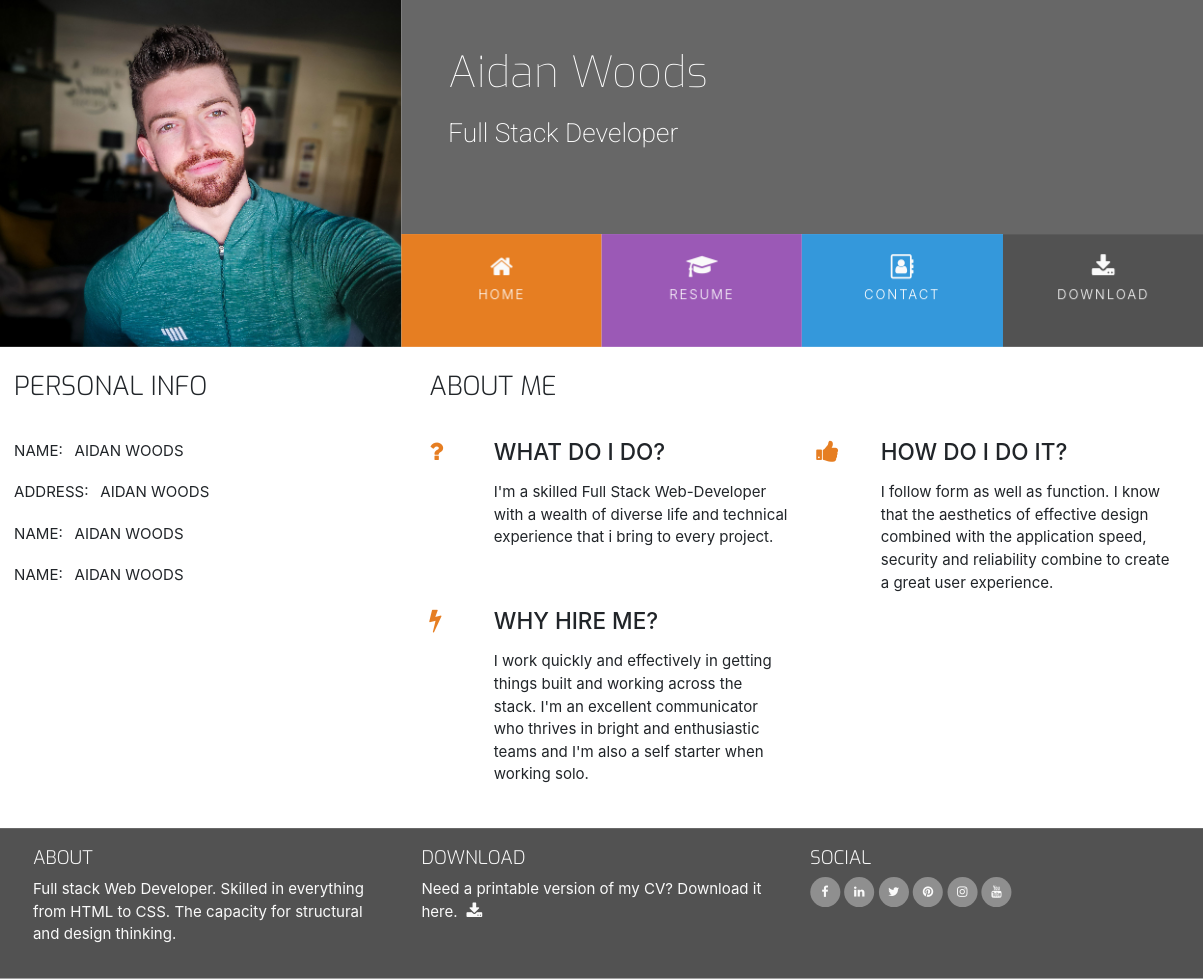
Repository: woodsyboi/Resume
Page: index.html
The author's editor kept a record of every edit. The page is drawn from the files as they stood at one moment, then again after the next edit.
The browser window is 1280 px wide. The pictures show the whole page, at 94% of full size.

Above is the page before.

### index.html
<!DOCTYPE html>
<html lang="en">

<head>
    <meta charset="UTF-8">
    <meta name="viewport" content="width=device-width, initial-scale=1.0">
    <meta http-equiv="X-UA-Compatible" content="ie=edge">
    <link rel="stylesheet" href="https://stackpath.bootstrapcdn.com/bootstrap/4.3.1/css/bootstrap.min.css" type="text/css" />
    <link rel="stylesheet" href="https://stackpath.bootstrapcdn.com/font-awesome/4.7.0/css/font-awesome.min.css" type="text/css" />
    <link rel="stylesheet" href="https://cdnjs.cloudflare.com/ajax/libs/hover.css/2.3.1/css/hover-min.css
" type="text/css" />
    <link rel="stylesheet" href="assets/css/style.css" type="text/css" />
    <title>Aidan</title>
</head>

<body>
    <header>
        <div class="row no-gutters">
            <a href="index.html" class="col-md-4 logo">

            </a>
            <div class="col-md-8">
                <div class="row no-gutters bg-color-name-title">
                    <div class="col heading">
                        <h1 class="name">Aidan Woods</h1>
                        <h2 class="title">Full Stack Developer</h2>
                    </div>

                </div>
                <div class="row no-gutters">
                    <div class="col">
                        <ul id="nav" class="list-inline menucontainer">
                            <li class="col-6 col-sm-3 ui-menu-color-home list-inline-item menuitem">
                                <a href="#" class="hvr-sweep-to-bottom"><i class="fa fa-home"></i><span>Home</span></a>
                            </li>
                            <li class="col-6 col-sm-3 ui-menu-color-resume list-inline-item menuitem">
                                <a href="#" class="hvr-sweep-to-bottom"><i class="fa fa-graduation-cap"></i><span>Resume</span></a>
                            </li>
                            <li class="col-6 col-sm-3 ui-menu-color-contact list-inline-item menuitem">
                                <a href="#" class="hvr-sweep-to-bottom"><i class="fa fa-address-book-o"></i><span>Contact</span></a>
                            </li>
                            <li class="col-6 col-sm-3 ui-menu-color-download list-inline-item menuitem">
                                <a href="#" class="hvr-sweep-to-bottom"><i class="fa fa-download"></i><span>Download</span></a>
                            </li>
                        </ul>
                    </div>
                </div>

            </div>
        </div>
    </header>

    <section class="container-fluid">

        <div class="row ">
            <div class="col-md-4 bg-color-personal-infor section-coloum">
                <div class="row">
                    <div class="col-12">
                        <h3 class="section-heading uppercase">
                            Personal Info
                        </h3>
                    </div>
                </div>
                <div class="personal-info-item">
                    <div class="key">
                        <p class="uppercase">
                            Name:
                        </p>
                    </div>
                    <div class="value">
                        <p class="uppercase">
                            Aidan Woods
                        </p>
                    </div>
                </div>
                <div class="personal-info-item">
                    <div class="key">
                        <p class="uppercase">
                            Address:
                        </p>
                    </div>
                    <div class="value">
                        <p class="uppercase">
                            Aidan Woods
                        </p>
                    </div>
                </div>
                <div class="personal-info-item">
                    <div class="key">
                        <p class="uppercase">
                            Name:
                        </p>
                    </div>
                    <div class="value">
                        <p class="uppercase">
                            Aidan Woods
                        </p>
                    </div>
                </div>
                <div class="personal-info-item">
                    <div class="key">
                        <p class="uppercase">
                            Name:
                        </p>
                    </div>
                    <div class="value">
                        <p class="uppercase">
                            Aidan Woods
                        </p>
                    </div>
                </div>
            </div>
            <div class="col-md-8 bg-color-three-reasons section-column">
                <div class="row">
                    <div class="col">
                        <h3 class="section-heading uppercase">About Me</h3>
                    </div>
                </div>
                <div class="row">
                    <div class="col-10 offset-1 offset-sm-0 col-sm-4 col-md-6">
                        <div class="row">
                            <div class="col-2">
                                <i class="three-reasons-icon fa fa-question" aria-hidden="true"></i>
                            </div>
                            <div class="col-10">
                                <h4 class="three-reasons-heading uppercase"> What do I do?</h4>
                                <p>
                                    I'm a skilled Full Stack Web-Developer with a wealth of diverse life and technical experience that i bring to every project.
                                </p>
                            </div>
                        </div>
                    </div>
                    <div class="col-10 offset-1 offset-sm-0 col-sm-4 col-md-6">
                        <div class="row">
                            <div class="col-2">
                                <i class="three-reasons-icon fa fa-thumbs-up" aria-hidden="true"></i>
                            </div>
                            <div class="col-10">
                                <h4 class="three-reasons-heading uppercase"> How Do I Do It?</h4>
                                <p>
                                    I follow form as well as function. I know that the aesthetics of effective design combined with the application speed, security and reliability combine to create a great user experience.

                                </p>
                            </div>
                        </div>
                    </div>
                    <div class="col-10 offset-1 offset-sm-0 col-sm-4 col-md-6">
                        <div class="row">
                            <div class="col-2">
                                <i class="three-reasons-icon fa fa-bolt" aria-hidden="true"></i>
                            </div>
                            <div class="col-10">
                                <h4 class="three-reasons-heading uppercase"> Why Hire Me?</h4>
                                <p>
                                    I work quickly and effectively in getting things built and working across the stack. I'm an excellent communicator who thrives in bright and enthusiastic teams and I'm also a self starter when working solo.
                                </p>
                            </div>
                        </div>
                    </div>


                </div>
            </div>
        </div>

    </section>


    <footer class="container-fluid">
        <div id="footer-details" class="row">
            <div class="col-sm-4">
                <h5 class="uppercase general-sub">About</h5>
                <p class="inline-block">
                    Full stack Web Developer. Skilled in everything from HTML to CSS. The capacity for structural and design thinking.</p>

            </div>
            <div class="col-sm-4">
                <h5 class="uppercase general-sub">Download</h5>
                <p class="inline-block">
                    Need a printable version of my CV? Download it here.
                    <a href="#" target="_blank" class="cv-pdf">
                        <i class="fa fa-download" aria-hidden="true"></i>
                        <span class="sr-only"> Download Link.</span>
                    </a>
                </p>

            </div>
            <div class="col-sm-4">
                <h5 class="uppercase general-sub">Social</h5>
                <ul class="list-inline social-links">
                    <li class="list-inline-item">
                        <a target="_blank" href="#">
                            <i class="fa fa-facebook" aria-hidden="true"></i>
                            <span class="sr-only">Facebook</span>
                        </a>
                    </li>
                    <li class="list-inline-item">
                        <a target="_blank" href="#">
                            <i class="fa fa-linkedin" aria-hidden="true"></i>
                            <span class="sr-only">LinkedIn</span>
                        </a>
                    </li>
                    <li class="list-inline-item">
                        <a target="_blank" href="#">
                            <i class="fa fa-twitter" aria-hidden="true"></i>
                            <span class="sr-only">Twitter</span>
                        </a>
                    </li>
                    <li class="list-inline-item">
                        <a target="_blank" href="#">
                            <i class="fa fa-pinterest" aria-hidden="true"></i>
                            <span class="sr-only">Pinterest</span>
                        </a>
                    </li>
                    <li class="list-inline-item">
                        <a target="_blank" href="#">
                            <i class="fa fa-instagram" aria-hidden="true"></i>
                            <span class="sr-only">Instagram</span>
                        </a>
                    </li>
                    <li class="list-inline-item">
                        <a target="_blank" href="#">
                            <i class="fa fa-youtube" aria-hidden="true"></i>
                            <span class="sr-only">YouTube</span>
                        </a>
                    </li>
                </ul>

            </div>
        </div>
    </footer>

</body>

</html>

### assets/css/style.css
@import url('https://fonts.googleapis.com/css?family=Roboto:100,200,300,400,500,600,700|Exo:100,200,300,400,500,600,700');


/*------------------------------Colors--------*/

.bg-color-name-title {
    background-color: #676767;
}


.bg-color-three-reasons {
    background-color:#fff;
}

.bg-color-personal-info {
    background-color: #f4f4f4;
}

.ui-menu-color-home {
    background-color: #e67e22;

}

.ui-menu-color-resume {
    background-color: #9b59b6;

}

.ui-menu-color-contact {
    background-color: #3498db;

}

.ui-menu-color-download {
    background-color: #525252;

}


/*----------------------------special paddings/margins/text*/

h1,
h2,
h3,
h4 {
    margin: 0;
}

.uppercase {
    text-transform: uppercase;
}

.general-sub {
    font-family:"Exo", sans-serif;
    font-weight: 300;
    color: #fafafa;
}

.inline-block{
    display:inline-block;
}

.row-table {
    display:table;
}

.section-column {
    display:table-cell;
    padding:0 30px 30px;
    float:none;
}

.section-heading{
    font-family:"Exo", sans-serif;
    font-weight: 300;
    margin-top: 25px;
    margin-bottom: 40px;
}
/*-------------------------------Heading--------*/

header {

    margin: 0;

}

.heading {
    margin-left: 50px;

}

.logo {
    background: url("../images/my_face.jpg");
    background-position: center;
    background-repeat: no-repeat;
    background-size: cover;
    min-height: 360px;
    transition: all .5s ease-in-out;
    -moz-transition: all .5s ease-in-out;
    -webkit-transition: all .5s ease-in-out;
}

.name {
    font-family: "Exo", sans-serif;
    font-weight: 100;
    font-size: 46px;
    margin-top: 50px;
    color: #fff;

}

.title {
    font-family: "Roboto", sans-serif;
    font-weight: 200;
    font-size: 28px;
    margin-top: 20px;
    margin-bottom: 90px;
    color: #fff;

}

.list-inline-item:not(:last-child) {
    margin: 0;
}

.menucontainer {
    font-size: 0;
}

#nav {
    margin: 0;
}

#nav li {
    font-size: 14px;
    padding: 0;
}


.menuitem {
    height: 120px;
    text-align: center;
    padding: 0;

}

.menuitem a {
    width: 100%;
    text-decoration: none;
    color: #fff;
    height: 120px;

}

.menuitem a i {
    padding-top: 22px;
    display: block;
    color: #fafafa;
    font-size: 26px;


}

.menuitem span {
    display: block;
    width: 100%;
    padding-top: 5px;
    text-align: center;
    text-transform: uppercase;
    font-size: 14px;
    font-weight: 300;
    letter-spacing: 2px;

}



/*----------------------------hover*/

.hvr-sweep-to-bottom:before {
    background-color: rgba(0, 0, 0, 0.2);
    height: 120px;

}


/*-------------------------------footer--------*/

footer{
    background-color: #525252;
    color:#fafafa;
    min-height: 120px;
}


.cv-pdf i{
   font-size: 18px;
   color: #fafafa;
   text-align: center;
   padding-left: 5px;
   transition: all 0.35s ease-in-out;
   -moz-transition: all 0.35s ease-in-out;
   -webkit-transition: all 0.35s ease-in-out;
   -o-transition: all 0.35s ease-in-out;

}

.cv-pdf i:hover {
    color:#e84710;
}

.social-links{
    padding-bottom: 15px;
}

.social-links li a i {
    width:32px;
    height:32px;
    padding:12px 0;
    border-radius:50%;
    font-size: 13px;
    line-height: 7px;
    text-align:center;
    color:#fafafa;
    background:#8f8f8f;
    transition: all 0.35s ease-in-out;
   -moz-transition: all 0.35s ease-in-out;
   -webkit-transition: all 0.35s ease-in-out;
   -o-transition: all 0.35s ease-in-out;

}

.social-links li a i:hover {
    background:#e84710;
}

#footer-details {
    padding:20px;
}

/*-------------------------------Three reasons--------*/

.three-reasons-icon {
    font-size:26px;
    color: #e67e22;
}

.three-reasons-heading {
    margin-bottom: 15px;
}

/*------------------------------Personal Info--------*/

.personal-info-item {
    margin-bottom:20px;
    display: block;
    clear: both;
}

.personal-info-item .key,
.personal-info-item .value {
    padding-right:8px;
    display:inline-block;

}

.personal-info-item .key p,
.personal-info-item .value p{
    margin:0;
}

After the next edit:
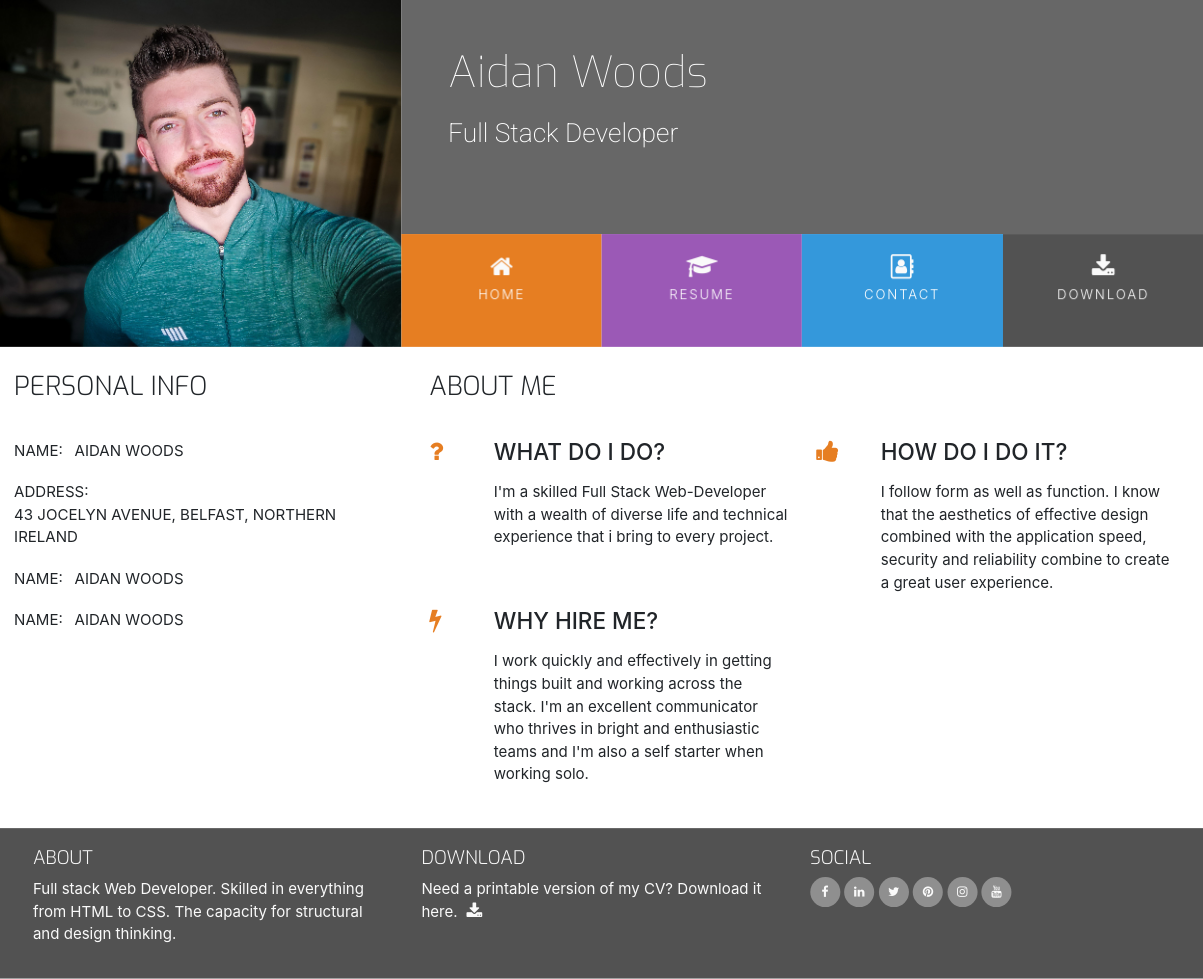
The edit:
--- a/index.html
+++ b/index.html
@@ -81,7 +81,7 @@
                     </div>
                     <div class="value">
                         <p class="uppercase">
-                            Aidan Woods
+                            43 Jocelyn Avenue, Belfast, Northern Ireland
                         </p>
                     </div>
                 </div>
